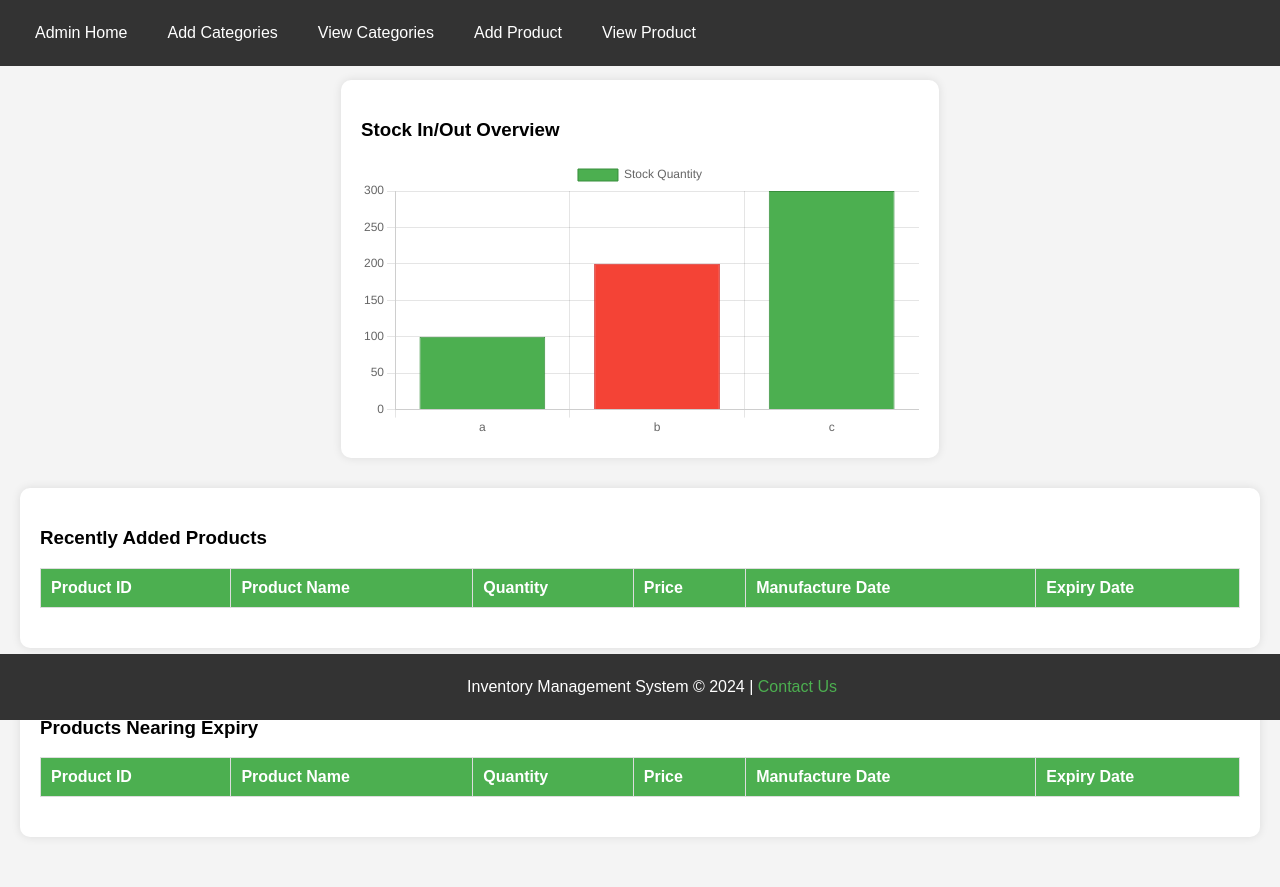
Repository: SimOneGraCias11/Montran_Training
Page: http://localhost/Project/adminHome.jsp
These files come from the project's save history. The page is drawn as it stood at one moment and after the next save; the edit follows.
The browser window is 1280 px wide. The pictures show the whole page.
The page is served by Tomcat 9.

Above is the page before, as saved 2024-08-10 23:23:06.

### Project/src/main/webapp/adminHome.jsp
<%@ page language="java" contentType="text/html; charset=ISO-8859-1"
    pageEncoding="ISO-8859-1"%>
<!DOCTYPE html>
<html>
<head>
    <title>Admin Dashboard</title>
    <style>
        body, html {
            margin: 0;
            padding: 0;
            font-family: Arial, sans-serif;
            background-color: #f4f4f4;
            display: flex;
            flex-direction: column;
            min-height: 100vh;
        }
        .container {
            padding-top: 80px;
            padding: 20px;
            flex: 1;
        }
        .charts {
            display: flex;
            justify-content: space-around;
            margin-bottom: 30px;
        }
        .chart-container {
            width: 45%;
            padding: 20px;
            background-color: #fff;
            box-shadow: 0 0 10px rgba(0, 0, 0, 0.1);
            border-radius: 10px;
        }
        .table-container {
            background-color: #fff;
            padding: 20px;
            box-shadow: 0 0 10px rgba(0, 0, 0, 0.1);
            border-radius: 10px;
            margin-bottom: 30px;
        }
        table {
            width: 100%;
            border-collapse: collapse;
            margin-bottom: 20px;
        }
        table, th, td {
            border: 1px solid #ddd;
        }
        th, td {
            padding: 10px;
            text-align: left;
        }
        th {
            background-color: #4CAF50;
            color: white;
        }
    </style>
    <script src="https://cdn.jsdelivr.net/npm/chart.js"></script>
</head>
<body>

    <%@ include file="header.jsp" %>

    <div class="container">
        <div class="charts">
            <div class="chart-container">
                <h3>Stock In/Out Overview</h3>
                <canvas id="stockChart"></canvas>
            </div>

        </div>


        <div class="table-container">
            <h3>Recently Added Products</h3>
            <table>
                <thead>
                    <tr>
                        <th>Product ID</th>
                        <th>Product Name</th>
                        <th>Quantity</th>
                        <th>Price</th>
                        <th>Manufacture Date</th>
                        <th>Expiry Date</th>


                    </tr>
                </thead>
                <tbody>

                </tbody>
            </table>
        </div>


        <div class="table-container">
            <h3>Products Nearing Expiry</h3>
            <table>
                <thead>
                    <tr>
                        <th>Product ID</th>
                        <th>Product Name</th>
                        <th>Quantity</th>
                        <th>Price</th>
                        <th>Manufacture Date</th>
                        <th>Expiry Date</th>
                    </tr>
                </thead>
                <tbody>
                </tbody>
            </table>
        </div>
    </div>

    <%@ include file="footer.jsp" %>

    <script>
        var ctx = document.getElementById('stockChart').getContext('2d');
        var stockChart = new Chart(ctx, {
            type: 'bar',
            data: {
                labels: ["a","b","c"],
                datasets: [{
                    label: 'Stock Quantity',
                    data: [100,200,300],
                    backgroundColor: ['#4CAF50', '#f44336'],
                    borderColor: ['#388E3C', '#d32f2f'],
                    borderWidth: 1
                }]
            },
            options: {
                scales: {
                    y: {
                        beginAtZero: true
                    }
                }
            }
        });


    </script>

</body>
</html>

### Project/src/main/webapp/header.jsp
<%@ page language="java" contentType="text/html; charset=ISO-8859-1"
    pageEncoding="ISO-8859-1"%>
<!DOCTYPE html>
<html>
<head>
<style>
body{
margin:0;
padding:0;
}
.navbar{
background-color:#333;
overflow:hidden;
padding:10px 15px;
position:fixed;
top:0;
width:100%;
z-index:1000;
}

.navbar a{
float:left;
color:white;
text-align:center;
padding:14px 20px;
text-decoration:none;
font-size:16px;

}
.navbar a:hover{
background-color:#ddd;
color:black;
}

.navbar a.active{
background-color:#4CAF50;
color:white;
}
.content{
padding-top:60px;
}
</style>
</head>
<body>
<div class="navbar">
<a href="adminHome.jsp" >Admin Home</a>
<a href="addCategories">Add Categories</a>
<a href="viewCategories" >View Categories</a>
<a href="addProduct">Add Product</a>
<a href="viewProduct">View Product</a>

</div>
<div class="content"></div>
</body>
</html>

### Project/src/main/webapp/footer.jsp
<%@ page language="java" contentType="text/html; charset=ISO-8859-1"
    pageEncoding="ISO-8859-1"%>
<!DOCTYPE html>
<html>
<head>

<style>

.footer{
background-color:#333;
color:white;
padding:8px 12px;
text-align:center;
position:fixed;
left:0;
bottom:0;
width:100%;

}

.footer a{
color:#4CAF50;
text-decoration:none;

}
.footer a:hover{
text-decoration:underline;

}

</style>
</head>
<body>

<div class="footer">
<p> Inventory Management System &copy; 2024 | <a href="contact.jsp"> Contact Us </a></p>

</div>

</body>
</html>

After the next save:
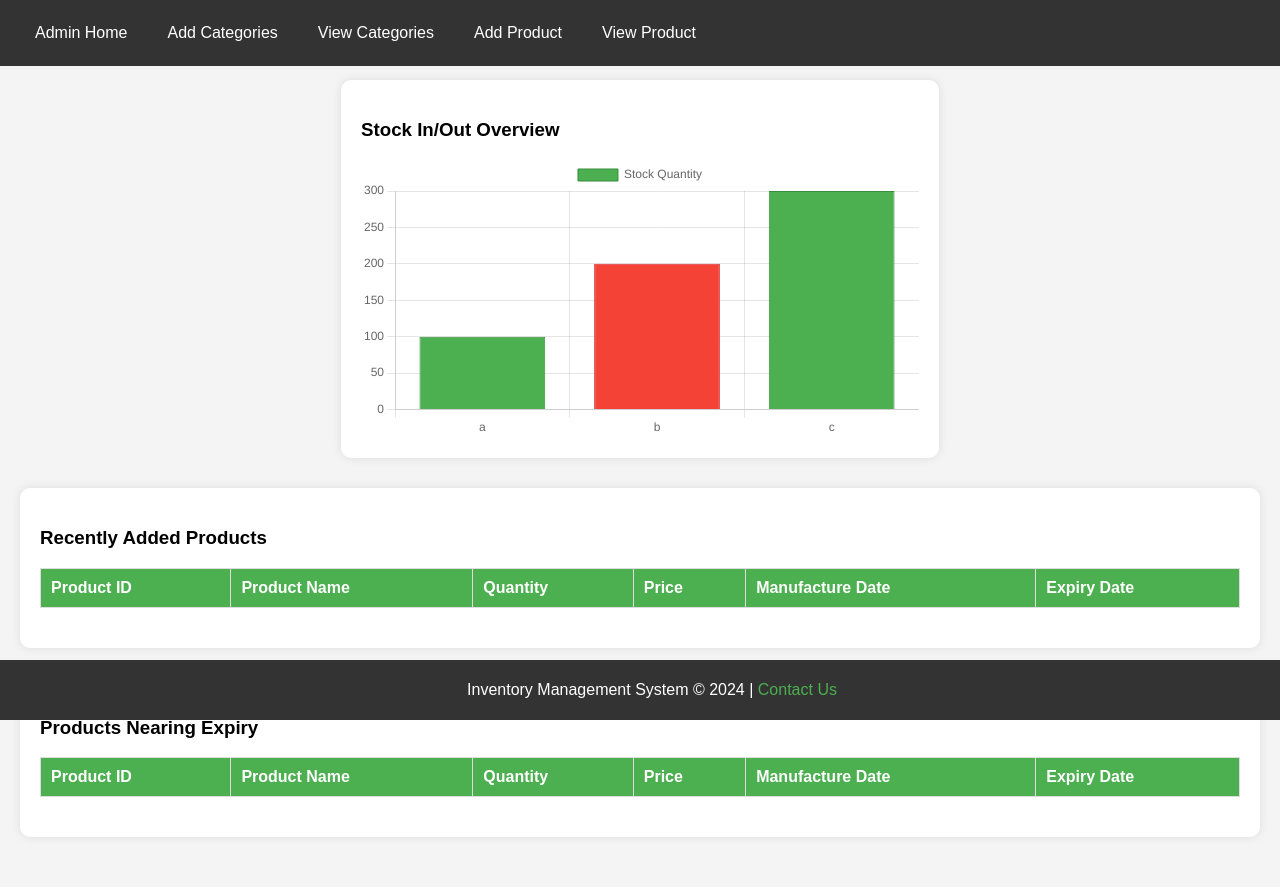
Saved 28 s later.
--- a/Project/src/main/webapp/footer.jsp
+++ b/Project/src/main/webapp/footer.jsp
@@ -9,7 +9,7 @@
 .footer{
 background-color:#333;
 color:white;
-padding:8px 12px;
+padding:5px 12px;
 text-align:center;
 position:fixed;
 left:0;
